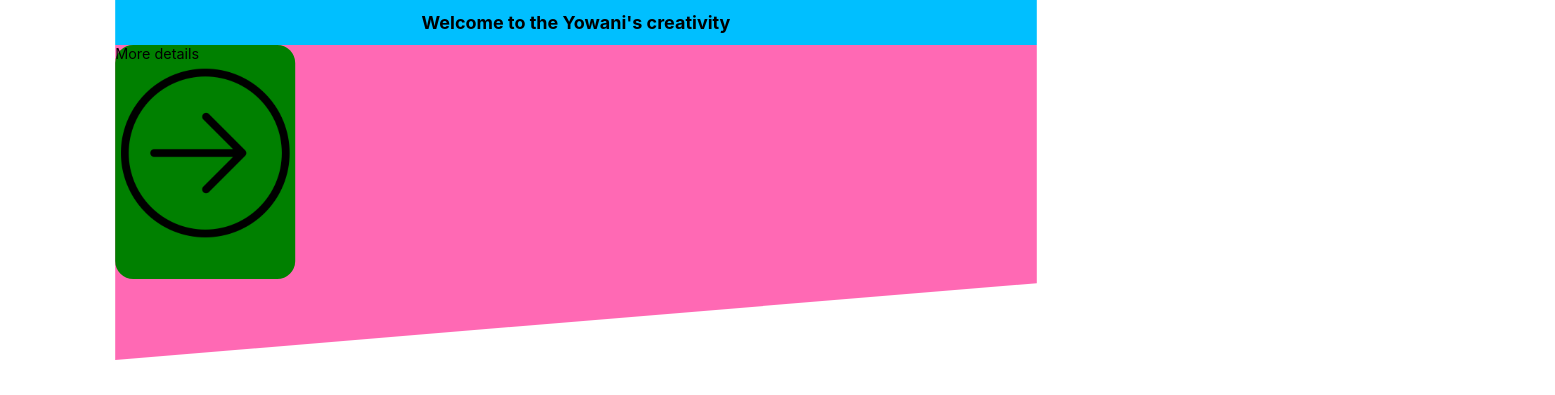
Repository: Yowani24/CarbonApp
Page: /
An editor plug-in stored every save of this project. The page is shown before and after the next save, followed by the edit.
The browser window is 1280 px wide. The page is 1728 px wide, so the pictures cover 1728 px, including what lies to the right of the window. The pictures show the whole page, at 90% of full size.
The project was rebuilt for these pictures with package versions that can differ from the ones it lists, and the page was loaded fresh each time. The framework's server and built-in components were replaced by stand-ins that run in the browser. Also part of the build but not shown: next.config.js, pages/cart/Cart.module.css, pages/cart/index.js.

Above is the page before, as saved 2021-09-26 13:12:39.

### pages/_app.js
import '../styles/globals.css'
import Cart from './cart';

function MyApp({ Component, pageProps }) {
  return (
    <>
      <Component {...pageProps} />
    </>
  );
}

export default MyApp

### pages/index.js
import Head from 'next/head'
import Image from 'next/image'
import styles from '../styles/Home.module.css'
import arrowIcon from '../public/right.png'


export default function Home() {
  return (
    <div className={styles.container}>
      <header className={styles.header}>
        <div className={styles.interface}>
          <div className={styles.header_box}>
            <h1>Welcome to the Yowani's creativity</h1>
          </div>
        </div>
      </header>

      <section className={styles.cards_sec}>
        <div className={styles.interface}>
          <div className={styles.card_box}>
            <div className={styles.card}>
              <div>
                <p>More details</p>
                <span>
                <Image className={styles.esse} src={arrowIcon} alt=""/>
                </span>
              </div>
            </div>
          </div>
        </div>
      </section>
    </div>
  )
}

### styles/globals.css
html,
body {
  padding: 0;
  margin: 0;
  font-family: -apple-system, BlinkMacSystemFont, Segoe UI, Roboto, Oxygen,
    Ubuntu, Cantarell, Fira Sans, Droid Sans, Helvetica Neue, sans-serif;
}

a {
  color: inherit;
  text-decoration: none;
}

* {
  margin: 0;
  box-sizing: border-box;
}

### styles/Home.module.css
.container {
  position: relative;
}
.interface{
  width: 80%;
  margin: 0 auto;
}
.header_box{
  display: flex;
  align-items: center;
  justify-content: center;
  height: 50px;
  background: deepskyblue;
}
.header_box h1{
  font-size: 20px;
}
.cards_sec{

}

.card_box {
  height: 350px;
  margin: 0 auto;
  /* padding-top: 15px; */
  position: relative;
  background: hotpink;
}
.card_box:after {
  content: ' ';
  position: absolute;
  left: 0;
  bottom: 0;
  width: 0;
  height: 0;
  border-bottom: 100px solid white;
  border-left: 1200px solid transparent;
  border-right: 400px solid transparent;
}

.card{
  position: relative;
  width: 200px;
  height: 260px;
  background: green;
  z-index: 100;
  border-radius: 20px;
}

.esse{
  display: none;
}

After the next save:
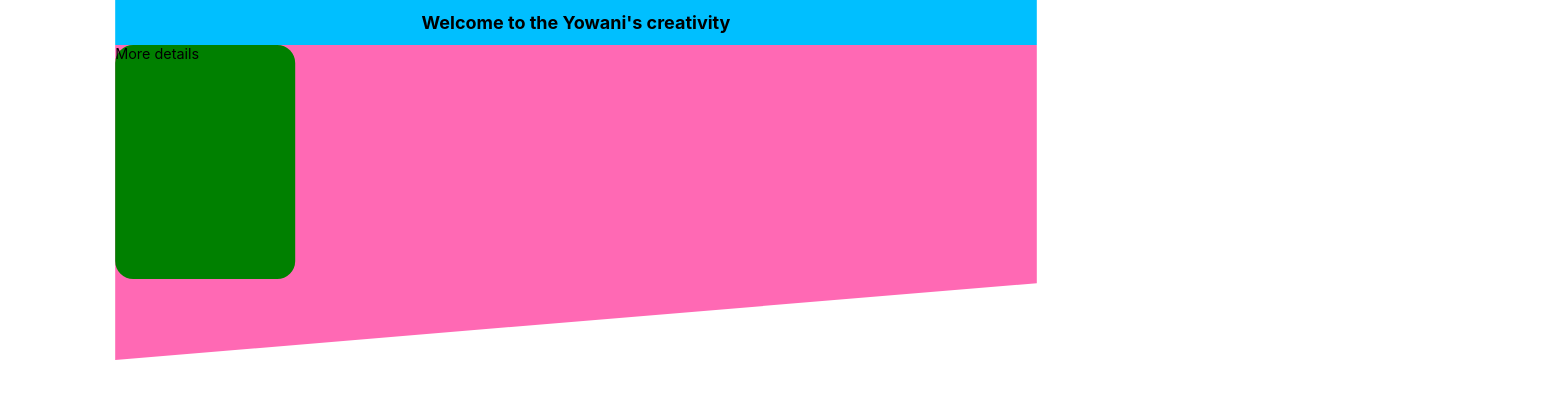
Saved 2 min 19 s later.
--- a/pages/index.js
+++ b/pages/index.js
@@ -21,8 +21,8 @@ export default function Home() {
             <div className={styles.card}>
               <div>
                 <p>More details</p>
-                <span>
-                <Image className={styles.esse} src={arrowIcon} alt=""/>
+                <span className={styles.esse}>
+                <Image src={arrowIcon} alt=""/>
                 </span>
               </div>
             </div>

After the save that followed:
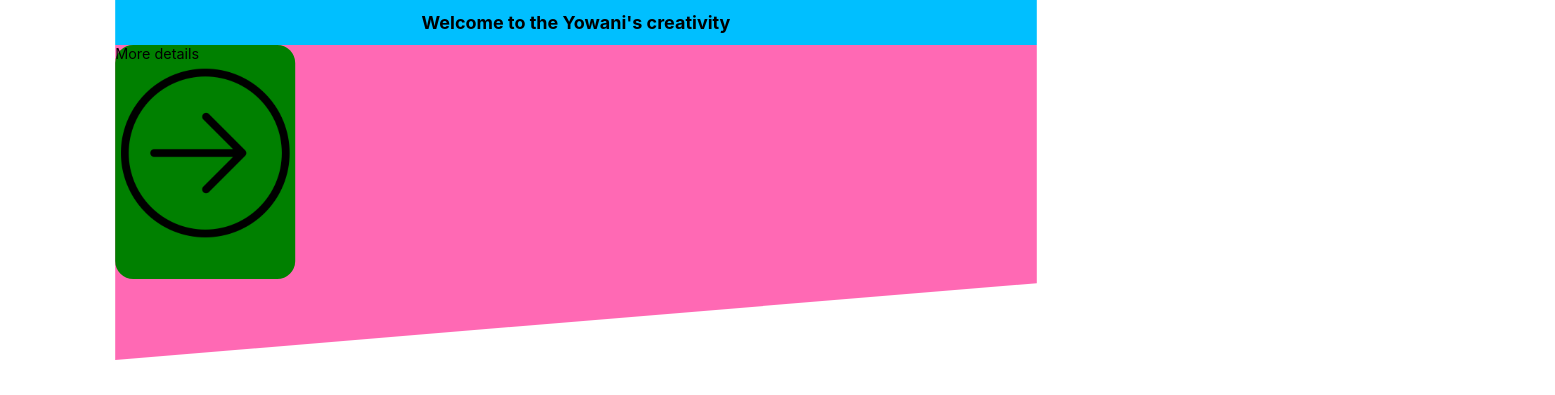
Saved 16 s later.
--- a/styles/Home.module.css
+++ b/styles/Home.module.css
@@ -47,6 +47,6 @@
   border-radius: 20px;
 }
 
-.esse{
-  display: none;
+.esse Image{
+
 }
